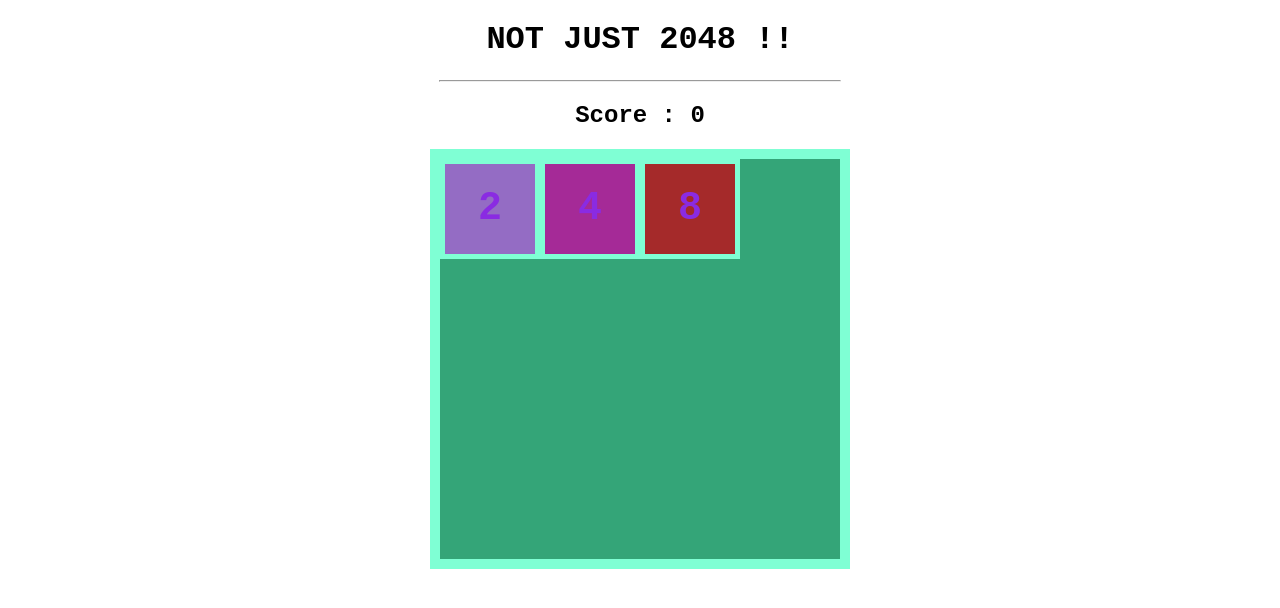
Repository: Prathamyadav1123/2048Game
Page: NotJust2048-main/2048.html
An editor plug-in stored every save of this project. The page is shown before and after a run of saves, followed by the edit.
The browser window is 1280 px wide. The pictures show the whole page.

Above is the page before, as saved 2023-05-31 19:56:56.

### NotJust2048-main/2048.html
<!DOCTYPE html>
<html>
    <head>
        <title>
            2048 game
        </title>
        <link rel= "stylesheet" href="2048.css"/>
        <script src= "2048.js"></script>
    </head>
    <body>
        <h1> NOT JUST 2048 !! </h1>
        <hr>
        <h2> Score : <span id="score"> 0 </span></h2>
        <div id="board">
            <div class="tile x2">2</div>
            <div class="tile x4">4</div>
            <div class="tile x8">8</div>
        </div>
    </body>
</html>

### NotJust2048-main/2048.css
body{
    font-family: 'Courier New', Courier, monospace;
    text-align: center;
}
hr{
    width: 400px;
}
#board{
    width: 400px;
    height: 400px;
    color: burlywood;
    background-color: rgb(52, 165, 120);
    border: 10px solid aquamarine;
    margin: 0 auto;
    display: flex;
    flex-wrap: wrap;
}
.tile{
    width:90px;
    height:90px;
    border:5px solid aquamarine;
    font-size: 40px;
    font-weight: bold;
    display: flex;
    justify-content: center;
    align-items: center;
}
.x2{
    background-color: rgb(148, 108, 196);
    color:blueviolet;
}
.x4{
    background-color: rgb(165, 42, 151);
    color:blueviolet;
}
.x8{
    background-color: brown;
    color:blueviolet;
}

Loaded but not shown: NotJust2048-main/2048.js (no copy from this time; the picture is the same without it)

After the next 2 saves:
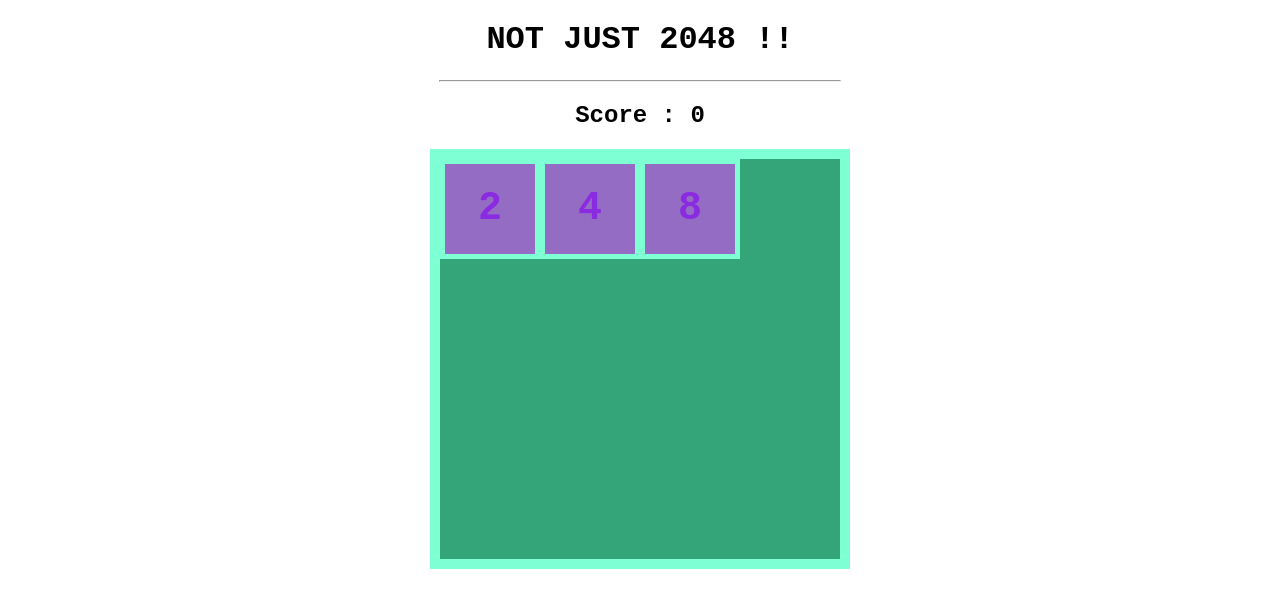
The 2 saves are shown as one change because they came seconds apart.
The last was saved 14 s later.
--- a/NotJust2048-main/2048.css
+++ b/NotJust2048-main/2048.css
@@ -30,10 +30,10 @@ hr{
     color:blueviolet;
 }
 .x4{
-    background-color: rgb(165, 42, 151);
+    background-color: rgb(148, 108, 196);
     color:blueviolet;
 }
 .x8{
-    background-color: brown;
-    color:blueviolet;
+    background-color: rgb(148, 108, 196);
+    color:blueviolet;;
 }
